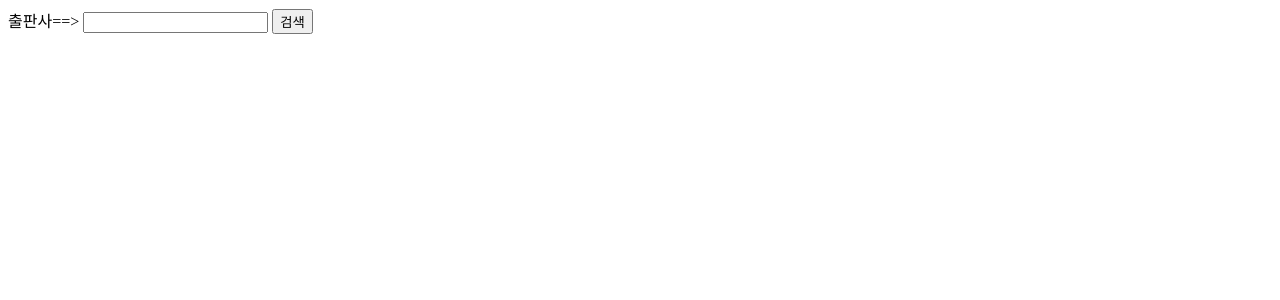
Repository: MegiLove/database_web
Page: http://localhost/test/searchBookPublisher.jsp
The author's editor kept a copy of each file at every save. The page is drawn from the files as they stood at one save, then again after the next save.
The browser window is 1280 px wide. The pictures show the whole page.
The page is served by Tomcat 9. Other server files are loaded and not shown.

Above is the page before, as saved 2021-11-09 08:15:55.

### test/src/main/webapp/searchBookPublisher.jsp
<%@page import="java.util.Vector"%>
<%@page import="com.sist.vo.BookVO"%>
<%@page import="java.util.ArrayList"%>
<%@page import="com.sist.dao.BookDAO"%>
<%@page import="org.apache.catalina.filters.ExpiresFilter.XServletOutputStream"%>
<%@ page language="java" contentType="text/html; charset=EUC-KR"
    pageEncoding="EUC-KR"%>
<!DOCTYPE html>
<html>
<head>
<meta charset="EUC-KR">
<title>Insert title here</title>
</head>
<body>
	<form action="searchBookPublisher.jsp" method="post">
	출판사==> <input type="text" name="publisher">
	<input type="submit" value="검색">
	</form>

	<%
		request.setCharacterEncoding("euc-kr");
		if(request.getParameter("publisher")!=null){
		String publisher= request.getParameter("publisher");

		BookDAO dao= new BookDAO();
		ArrayList<BookVO> list= dao.searchBook(publisher);
		%>
		<table>
			<tr>
			<td>도서번호</td>
			<td>도서명</td>
			<td>출판사명</td>
			<td>가격</td>
			</tr>
			<%
			for(BookVO b:list){
				%>
				<tr>
			<td><%=b.getBookid() %></td>
			<td><%=b.getBookname()%></td>
			<td><%=b.getPublisher()%></td>
			<td><%=b.getPrice() %></td>
			</tr>
				<%
			}

			%>
		</table>

		<%
		}
	%>
</body>
</html>

After the next save:
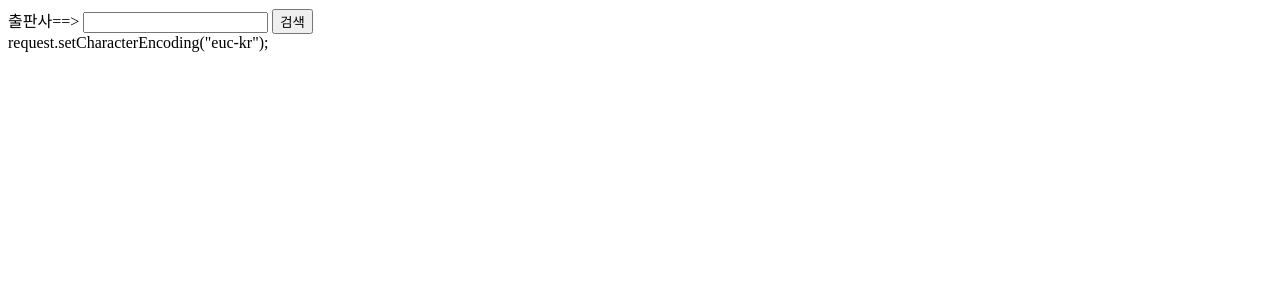
Saved 7 min 52 s later.
--- a/test/src/main/webapp/searchBookPublisher.jsp
+++ b/test/src/main/webapp/searchBookPublisher.jsp
@@ -16,9 +16,9 @@
 	출판사==> <input type="text" name="publisher">
 	<input type="submit" value="검색">
 	</form>
+	request.setCharacterEncoding("euc-kr");
+	<%
 
-	<%
-		request.setCharacterEncoding("euc-kr");
 		if(request.getParameter("publisher")!=null){
 		String publisher= request.getParameter("publisher");
 

After the save that followed:
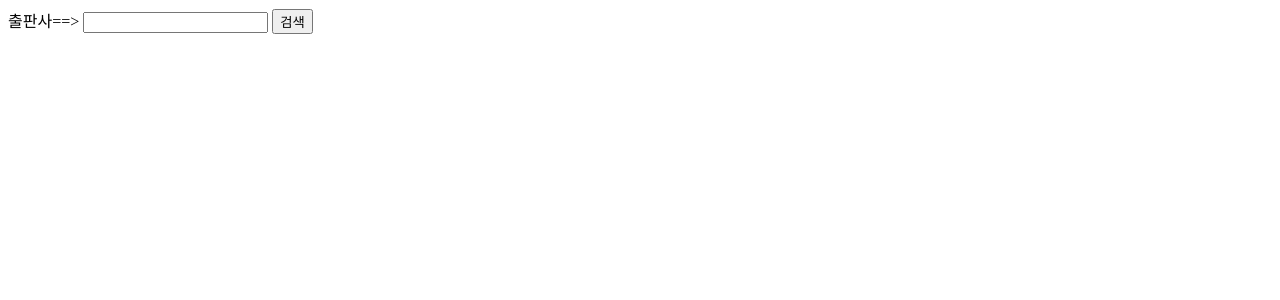
Saved 34 s later.
--- a/test/src/main/webapp/searchBookPublisher.jsp
+++ b/test/src/main/webapp/searchBookPublisher.jsp
@@ -16,9 +16,9 @@
 	출판사==> <input type="text" name="publisher">
 	<input type="submit" value="검색">
 	</form>
-	request.setCharacterEncoding("euc-kr");
+
 	<%
-
+		request.setCharacterEncoding("euc-kr");
 		if(request.getParameter("publisher")!=null){
 		String publisher= request.getParameter("publisher");
 
